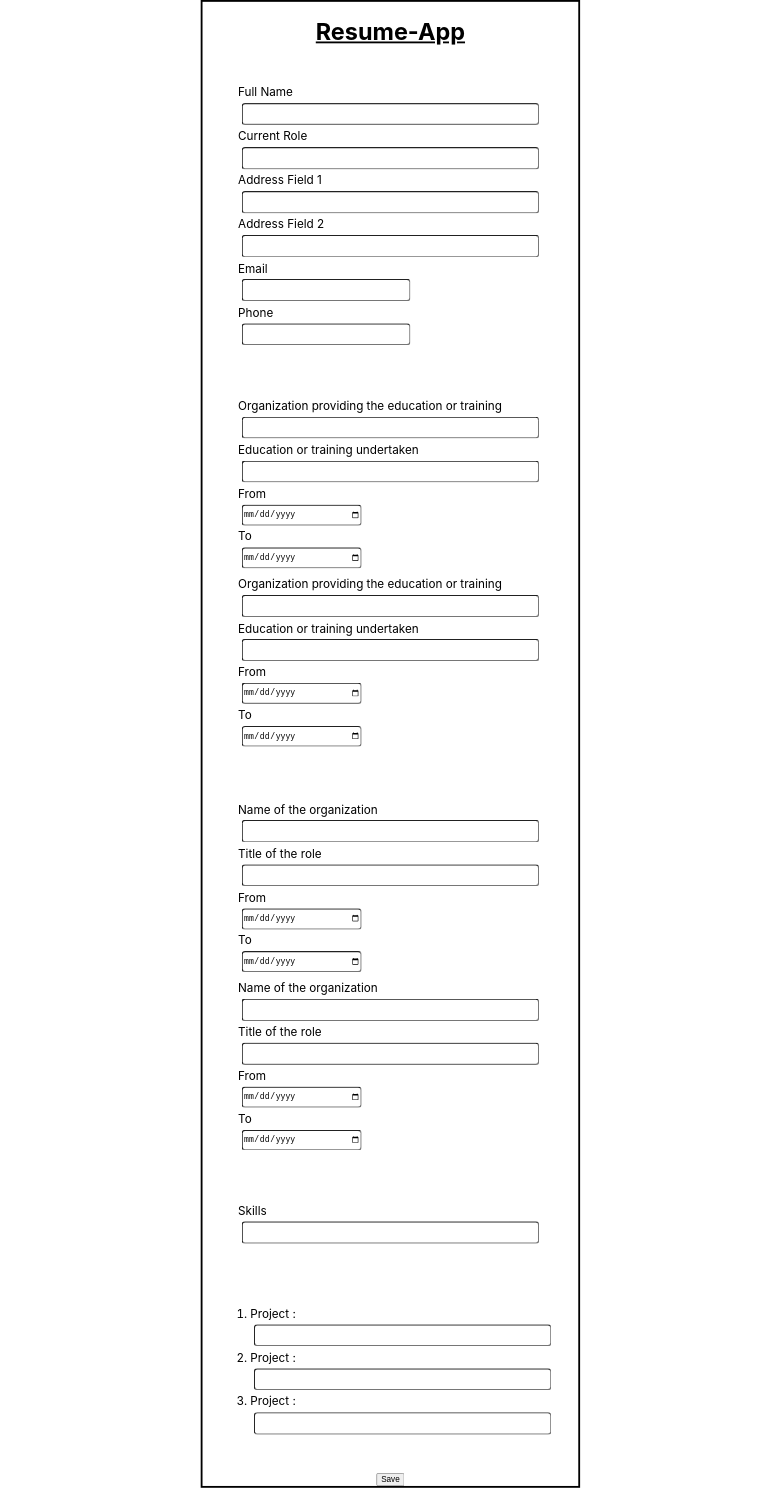
Repository: 0101chaitanya/resume-app
Page: /
The author's editor kept a copy of each file at every save. The page is drawn from the files as they stood at one save, then again after a run of saves.
The browser window is 1280 px wide. The pictures show the whole page, at 61% of full size.
The project was rebuilt for these pictures with package versions that can differ from the ones it lists, and the page was loaded fresh each time.

Above is the page before, as saved 2021-07-28 15:54:35.

After the next 2 saves:
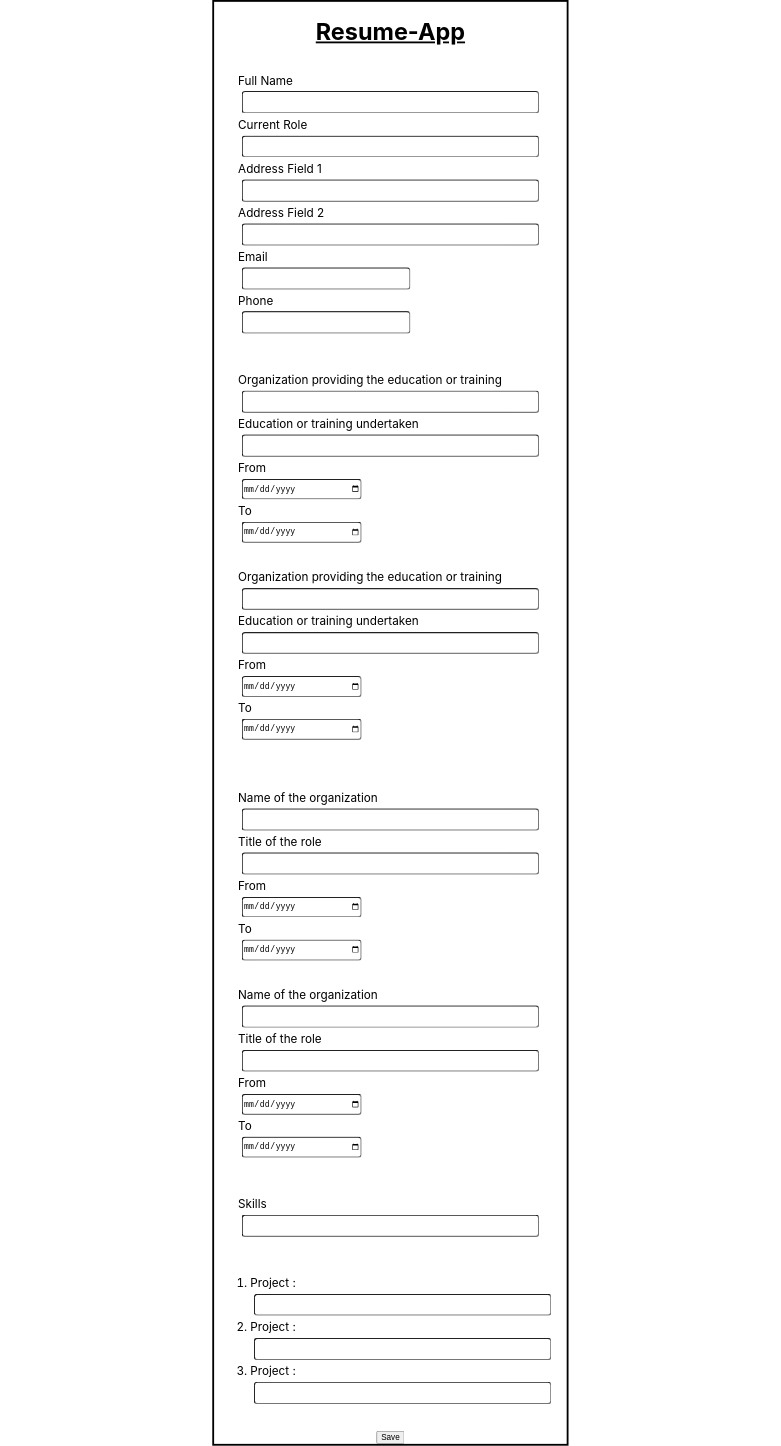
The 2 saves are shown as one change because they came seconds apart.
The last was saved 11 s later.
--- a/src/App.css
+++ b/src/App.css
@@ -43,10 +43,10 @@ input[type="date"] {
 .edu2,
 .job1,
 .job2 {
-  margin: 0.2rem;
+  margin: 1rem;
 }
 .section {
-  margin: 2rem;
+  margin: 1rem;
   display: flex;
   flex-direction: column;
   justify-content: center;
